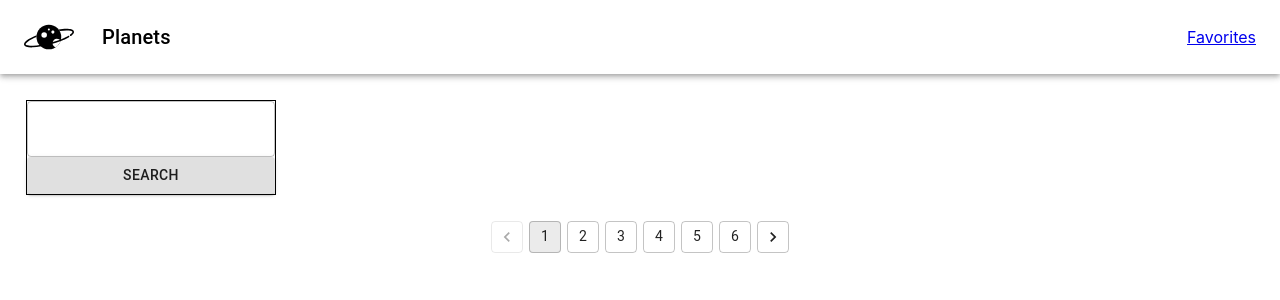
Repository: samridhie01/assignment
Page: /
The author's editor kept a copy of each file at every save. The page is drawn from the files as they stood at one save, then again after the next save.
The browser window is 1280 px wide. The pictures show the whole page.
The page's requests for data from a server got no answer. The project was rebuilt for these pictures with package versions that can differ from the ones it lists, and the page was loaded fresh each time. A package was used in the major version that the imports need, not the one package.json lists. No one was signed in, and anything a server would have sent is missing. Also part of the build but not shown: src/components/planets/PlanetTile.tsx, src/components/planets/Planets.tsx, src/components/details/SpecificPlanetRetrievalService.ts, src/components/details/Details.tsx, src/components/favorites/Favorites.tsx.

Above is the page before, as saved 2020-08-20 22:13:38.

### src/index.tsx
import React from 'react';
import ReactDOM from 'react-dom';
import './index.css';
import App from './components/app/App';
import * as serviceWorker from './serviceWorker';
import { BrowserRouter } from 'react-router-dom';

ReactDOM.render(
  <React.StrictMode>
    <BrowserRouter>
    <App />
    </BrowserRouter>
  </React.StrictMode>,
  document.getElementById('root')
);

// If you want your app to work offline and load faster, you can change
// unregister() to register() below. Note this comes with some pitfalls.
// Learn more about service workers: https://bit.ly/CRA-PWA
serviceWorker.unregister();

### src/components/app/App.tsx
import React, { useEffect, useState } from "react";
import {Route, Switch } from 'react-router-dom';
import HomePage from "../homePage/HomePage";
import Details from "../details/Details";
import Favorites from "../favorites/Favorites";
import { getPlanetData, getPlanetDataPage } from "../homePage/PlanetRetrievalService";

interface PlanetOverview{
  name: string,
  terrain: string
}

const App = () => {

  const [planetData, setPlanetData] = useState<PlanetOverview[]>([]);
  const [favs, setFavs] =useState<PlanetOverview[]>([]);

  const addToFavs = (data:any) =>{
    let newArr = [...favs, data];
    setFavs(newArr);
  }

    useEffect(() => {
    getPlanetData().then(res => {
      setPlanetData(res.data.results);
    });
  }, []);

  const handleNewPage = (page:number) =>{
    console.log("app", page);

    getPlanetDataPage(page).then(res=>{
      setPlanetData(res.data.results);
    })
  }


  return (
    <main>
      <Switch>
        <Route path="/" render={()=><HomePage planetData={planetData} handleAddToFavs={addToFavs} fetchPageData={handleNewPage}/>} exact />
        <Route path="/details" component={Details} />
        <Route path="/favs" render={()=><Favorites listOfFavs={favs}/> } />
      </Switch>
    </main>

  );
};
export default App;

### src/components/homePage/HomePage.tsx
import React, { useEffect, useState, ChangeEvent } from "react";
import { useStyles } from "./HomePageStyle";
import Header from "../header/Header";
import Planets from "../planets/Planets";
import SearchBox from "../searchBox/SearchBox";
import { getPlanetData } from "./PlanetRetrievalService";
import Pagination from "@material-ui/lab/Pagination";
import { number } from "prop-types";

interface PlanetData{
  name: string,
  terrain: string
}


interface PlanetOverview{
  planetData: PlanetData[],
  handleAddToFavs: ((element:any)=> void),
  fetchPageData: ((page:number)=>void)
}

const HomePage: React.FC<PlanetOverview>  = ({
  planetData,
  handleAddToFavs,
  fetchPageData
})=>{
  const [page, setPage]=useState<number>(1);

  const handlePageChange = (event: ChangeEvent<unknown>, value:number)=>{
    setPage(value);
    fetchPageData(value);
  }

  const classes = useStyles();
  return (
    <>
    <Header />
    <div className={classes.flexContainer}>
    <SearchBox />
      <div className={classes.item}>
        {planetData &&
          planetData.map((element: PlanetData, index: number) => {
            return <Planets data={element} onSaveClick={()=>{handleAddToFavs(element)}} />
          })}
      </div>
    </div>

    <Pagination
        count={6}
        defaultPage={1}
        variant="outlined"
        shape="rounded"
        className={classes.indexing}
        onChange={handlePageChange}
      />

    </>
  );
};
export default HomePage;

### src/components/homePage/PlanetRetrievalService.ts
import axios from 'axios';


export const getPlanetData= async()=>{
   const res = await axios({
        method: 'GET',
        url: `https://swapi.dev/api/planets`
      });
      return res;
}

export const getPlanetDataPage= async(page:number)=>{
  console.log("api",page);

  const res = await axios({
       method: 'GET',
       url: `http://swapi.dev/api/planets/?page=${page}`
     });
     return res;
}

### src/components/homePage/HomePageStyle.ts
import { makeStyles, createStyles, Theme } from "@material-ui/core/styles";

export const useStyles = makeStyles((theme: Theme) =>
  createStyles({
    flexContainer: {
      display: "inline-flex",
      flex: "1 0 50%",
      textAlign: "center",
      padding: "10px",
      overflow: "hidden"
    },
    item: {
      alignSelf: "flex-end"
    },
    indexing: {
      display: "flex",
      justifyContent: "center"
    },
    title: {
      flexGrow: 1
    }
  })
);

### src/components/header/Header.tsx
import React from "react";
import AppBar from "@material-ui/core/AppBar";
import {Toolbar, makeStyles, createStyles, IconButton, Button,Theme} from "@material-ui/core";
import {ReactComponent as PlanetIcon} from "../../assets/planet.svg";
import Typography from "@material-ui/core/Typography";
import { Link } from "react-router-dom";

const useStyles = makeStyles((theme: Theme) =>
  createStyles({
    root: {
      flexGrow: 1,
    },
    menuButton: {
      marginRight: theme.spacing(2),
    },
    title: {
      flexGrow: 1,
    },
    logo: {
       width: 50,
       height: 50
      },
  }),
);


const Header =  ()=>{
    const classes=useStyles();
return(
<AppBar color="inherit"  position="static">
    <Toolbar>
        <IconButton edge="start" className={classes.menuButton} color="inherit" aria-label="menu">
        <PlanetIcon className={classes.logo}/>
        </IconButton>
        <Typography variant="h6" className={classes.title}>
            Planets
        </Typography>
        <Link to={{pathname: '/favs'}} color="inherit">Favorites</Link>
    </Toolbar>
</AppBar>
)


}

export default Header;

### src/components/searchBox/SearchBox.tsx
import React from "react";
import { Button, Box, TextField, Theme, makeStyles, createStyles } from "@material-ui/core";

const useStyles = makeStyles((theme: Theme) =>
  createStyles({
    dotted: {
         display: "flex",
         flexDirection: "column",
         width:'200%'
    }
  }),
);

const Planets = () => {
    const classes= useStyles();
  return (
    <>

    <Box height="250%" border={1} m={2} display="inline-block" className={classes.dotted}>
     <TextField variant="outlined"/>
     <Button variant="contained">Search</Button>
      </Box>
    </>
  );
};

export default Planets;

Loaded but not shown: public/index.html (common file); src/index.css (common file); src/serviceWorker.ts (common file)

After the next save:
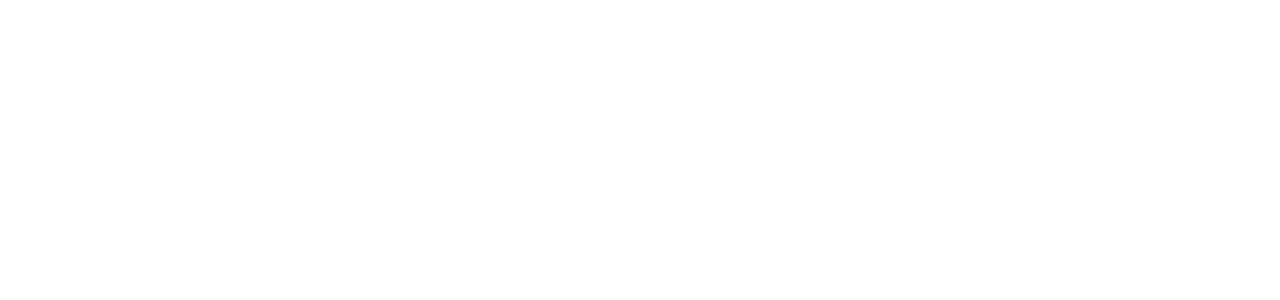
Saved 5 min 6 s later.
--- a/src/components/app/App.tsx
+++ b/src/components/app/App.tsx
@@ -14,6 +14,8 @@
 
   const [planetData, setPlanetData] = useState<PlanetOverview[]>([]);
   const [favs, setFavs] =useState<PlanetOverview[]>([]);
+  const [pageNum, setPage]=useState<number>(1);
+
 
   const addToFavs = (data:any) =>{
     let newArr = [...favs, data];
@@ -27,8 +29,7 @@
   }, []);
 
   const handleNewPage = (page:number) =>{
-    console.log("app", page);
-
+    setPage(pageNum);
     getPlanetDataPage(page).then(res=>{
       setPlanetData(res.data.results);
     })
@@ -38,7 +39,7 @@
   return (
     <main>
       <Switch>
-        <Route path="/" render={()=><HomePage planetData={planetData} handleAddToFavs={addToFavs} fetchPageData={handleNewPage}/>} exact />
+        <Route path="/:page" render={()=><HomePage planetData={planetData} handleAddToFavs={addToFavs} fetchPageData={handleNewPage}/>} exact />
         <Route path="/details" component={Details} />
         <Route path="/favs" render={()=><Favorites listOfFavs={favs}/> } />
       </Switch>

After the save that followed:
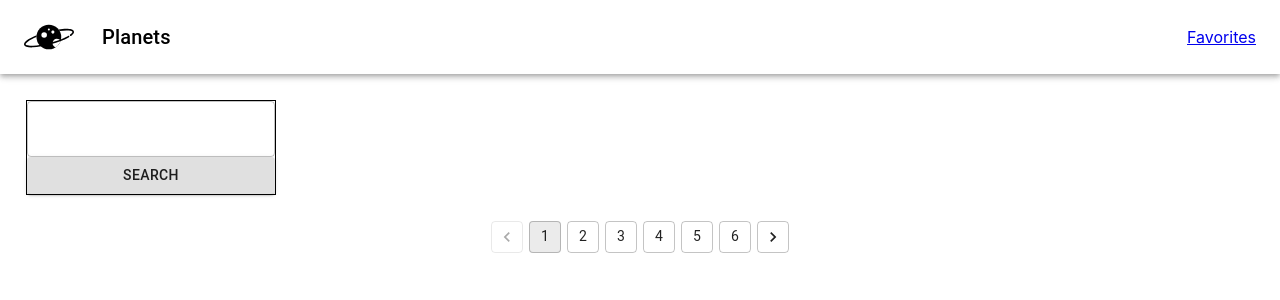
Saved 14 s later.
--- a/src/components/app/App.tsx
+++ b/src/components/app/App.tsx
@@ -39,7 +39,7 @@
   return (
     <main>
       <Switch>
-        <Route path="/:page" render={()=><HomePage planetData={planetData} handleAddToFavs={addToFavs} fetchPageData={handleNewPage}/>} exact />
+        <Route path="/" render={()=><HomePage planetData={planetData} handleAddToFavs={addToFavs} fetchPageData={handleNewPage}/>} exact />
         <Route path="/details" component={Details} />
         <Route path="/favs" render={()=><Favorites listOfFavs={favs}/> } />
       </Switch>
